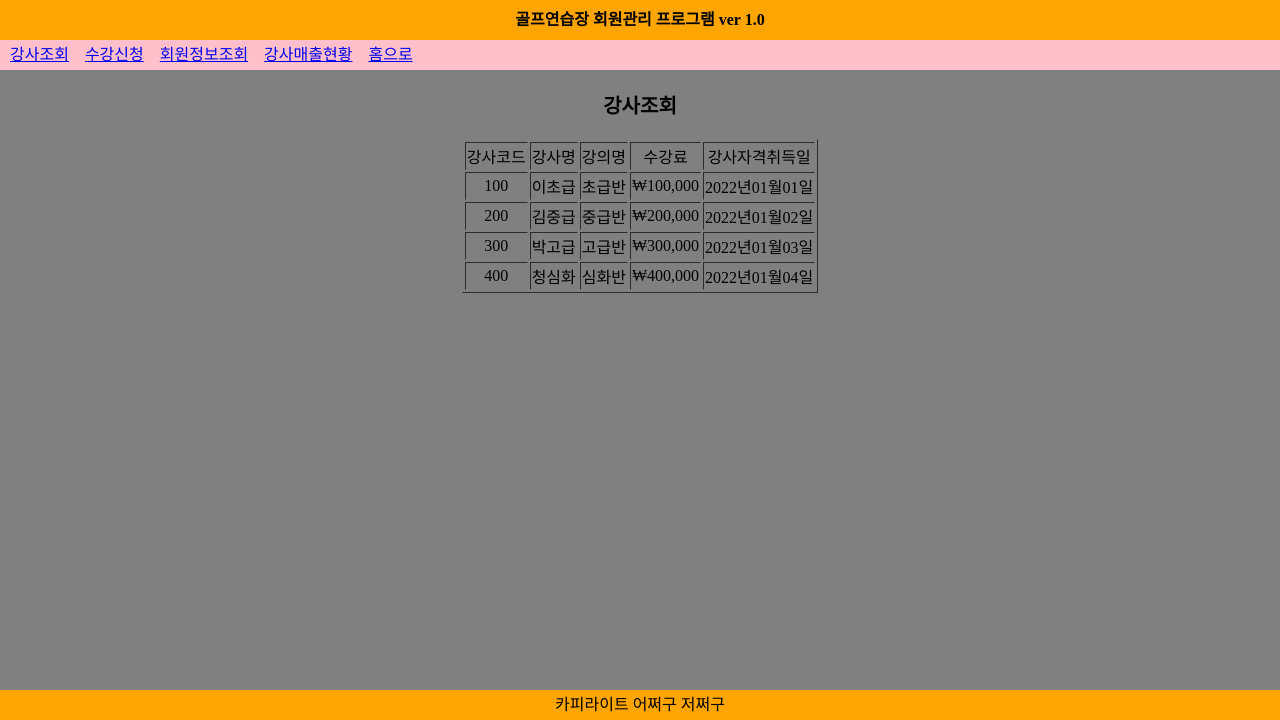
Repository: wjdwlgns1101/school_hrd
Page: http://localhost/hrd_30111_1_/t_list.jsp
The author's editor kept a copy of each file at every save. The page is drawn from the files as they stood at one save, then again after the next save.
The browser window is 1280 px wide. The pictures show the whole page.
The page is served by Tomcat 9. The database holds what the project's SQL file puts in it.

Above is the page before, as saved 2024-05-12 13:41:58.

### hrd_30111_(1)/hrd_30111(1)/src/main/webapp/t_list.jsp
<%@ include file="db.jsp" %>
<%@ page language="java" contentType="text/html; charset=UTF-8"
    pageEncoding="UTF-8"%>
<!DOCTYPE html>
<html>
<head>
<meta charset="UTF-8">
<title>Insert title here</title>
</head>
<body>
<jsp:include page="header.jsp"></jsp:include>
<section style="position: fixed; background-color: gray; top: 70px; text-align: center; left: 0; width: 100%; height: 100%; padding-top: 20px;">
<b style="font-size: 20px;">강사조회</b>
<div style="display: flex; justify-content: center; padding-top: 20px;">
<table border="1" >
<tr>
	<td>강사코드</td>
	<td>강사명</td>
	<td>강의명</td>
	<td>수강료</td>
	<td>강사자격취득일</td>
</tr>

<%
request.setCharacterEncoding("UTF-8");
 try{
	 String sql="select * from TBL_TEACHER_202201";
	 PreparedStatement pstmt = conn.prepareStatement(sql);
	 ResultSet rs = pstmt.executeQuery();

	 while(rs.next()){
		 String t_code = rs.getString("teacher_code");
		 String t_name = rs.getString("teacher_name");
		 String c_name = rs.getString("class_name");
		 String c_price = rs.getString("class_price");
		 String t_date = rs.getString("teach_resist_date");

		 String price ="₩" + c_price.substring(0,3) + "," + c_price.substring(3,6);
		 String class_data = t_date.substring(0,4)+"년"+t_date.substring(4,6)+"월"+t_date.substring(6,8)+"일";

%>

	<tr>
		<td><%= t_code %></td>
		<td><%= t_name %></td>
		<td><%= c_name %></td>
		<td><%= price %></td>
		<td><%= class_data %></td>

	</tr>
		 <%
	 }

 }catch(Exception e){
	    e.printStackTrace();
 }



%>






</table>
</div>
</section>

<jsp:include page="footer.jsp"></jsp:include>
</body>
</html>

### hrd_30111_(1)/hrd_30111(1)/src/main/webapp/db.jsp
<%@ page language="java" contentType="text/html; charset=UTF-8"
    pageEncoding="UTF-8"%>
<%@ page import="java.sql.*" %>

<%

Connection conn = null;
try{
    Class.forName("com.mysql.cj.jdbc.Driver");
    conn = DriverManager.getConnection("jdbc:mysql://localhost:3307/school_db","root","user1101");



}
catch(Exception e){
    e.printStackTrace();
}

%>

### hrd_30111_(1)/hrd_30111(1)/src/main/webapp/header.jsp
<%@ page language="java" contentType="text/html; charset=UTF-8"
    pageEncoding="UTF-8"%>
<!DOCTYPE html>
<html>
<head>
<meta charset="UTF-8">
<title>Insert title here</title>
</head>
<body>
<header style="position: fixed; background-color: orange; width: 100%; height: 40px; padding: 0; left: 0; top: 0; text-align: center; line-height: 40px;'">
	<b>골프연습장 회원관리 프로그램 ver 1.0</b>

<nav style="background-color: pink; text-align: left; padding-left: 10px; height: 30px; line-height: 30px;" >

	<a href="t_list.jsp">강사조회</a> &nbsp;&nbsp;
	<a href="insert.jsp">수강신청</a> &nbsp;&nbsp;
	<a href="m_list.jsp">회원정보조회</a> &nbsp;&nbsp;
	<a href="#">강사매출현황</a> &nbsp;&nbsp;
	<a href="index.jsp">홈으로</a>

</nav>

</header>


</body>
</html>

### hrd_30111_(1)/hrd_30111(1)/src/main/webapp/footer.jsp
<%@ page language="java" contentType="text/html; charset=UTF-8"
    pageEncoding="UTF-8"%>
<!DOCTYPE html>
<html>
<head>
<meta charset="UTF-8">
<title>Insert title here</title>
</head>
<body>
<footer style="position: fixed; background-color: orange; width: 100%; height: 30px; left: 0; bottom: 0; text-align: center; line-height: 30px;">
	카피라이트 어쩌구 저쩌구
</footer>
</body>
</html>

### hrd_30111_(1)/hrd_30111(1)/src/main/webapp/db.sql (the tables this page reads)
CREATE TABLE TBL_TEACHER_202201(
	teacher_code char(3) not null,
	teacher_name varchar(15),
	class_name varchar(20),
	class_price int(8),
	teach_resist_date varchar(8),
	primary key(teacher_code)
);

INSERT INTO TBL_TEACHER_202201 VALUES('100', '이초급', '초급반', 100000, '20220101');

INSERT INTO TBL_TEACHER_202201 VALUES('200', '김중급', '중급반', 200000, '20220102');

INSERT INTO TBL_TEACHER_202201 VALUES('300', '박고급', '고급반', 300000, '20220103');

INSERT INTO TBL_TEACHER_202201 VALUES('400', '청심화', '심화반', 400000, '20220104');

After the next save:
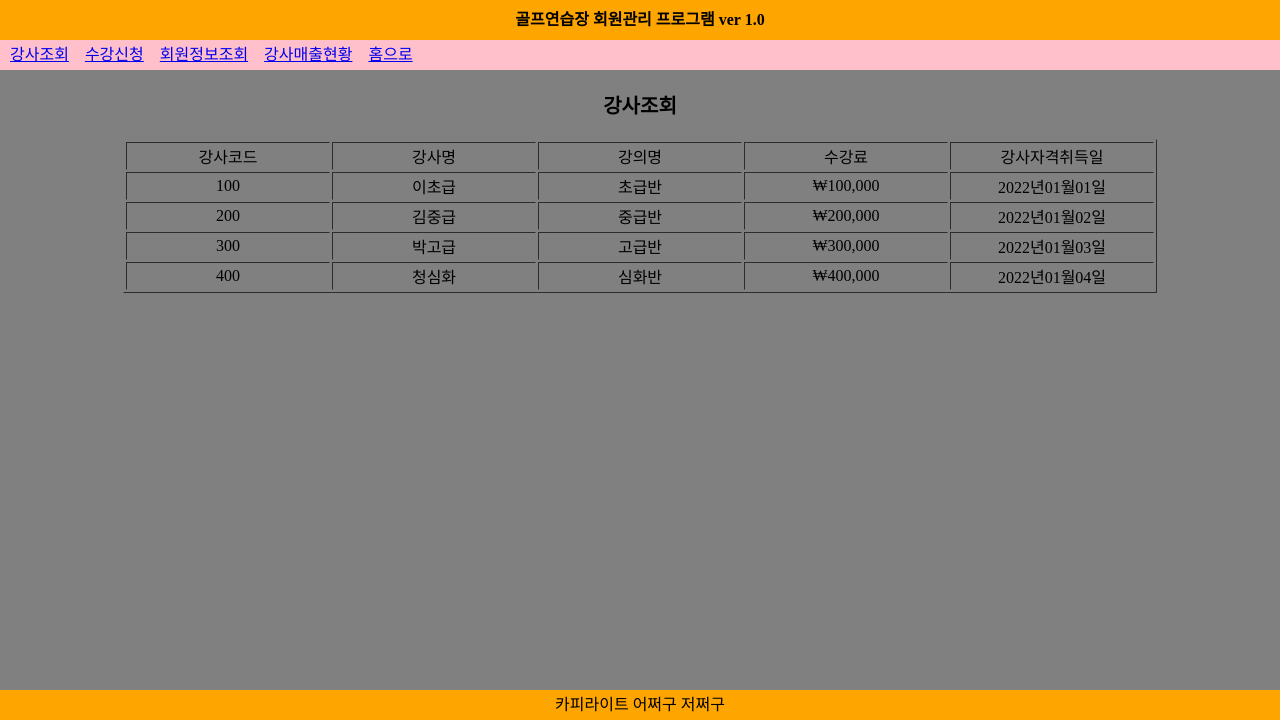
Saved 40 s later.
--- a/hrd_30111_(1)/hrd_30111(1)/src/main/webapp/t_list.jsp
+++ b/hrd_30111_(1)/hrd_30111(1)/src/main/webapp/t_list.jsp
@@ -14,11 +14,11 @@
 <div style="display: flex; justify-content: center; padding-top: 20px;">
 <table border="1" >
 <tr>
-	<td>강사코드</td>
-	<td>강사명</td>
-	<td>강의명</td>
-	<td>수강료</td>
-	<td>강사자격취득일</td>
+	<td style="width: 200px;">강사코드</td>
+	<td style="width: 200px;">강사명</td>
+	<td style="width: 200px;">강의명</td>
+	<td style="width: 200px;">수강료</td>
+	<td style="width: 200px;">강사자격취득일</td>
 </tr>
 
 <%
